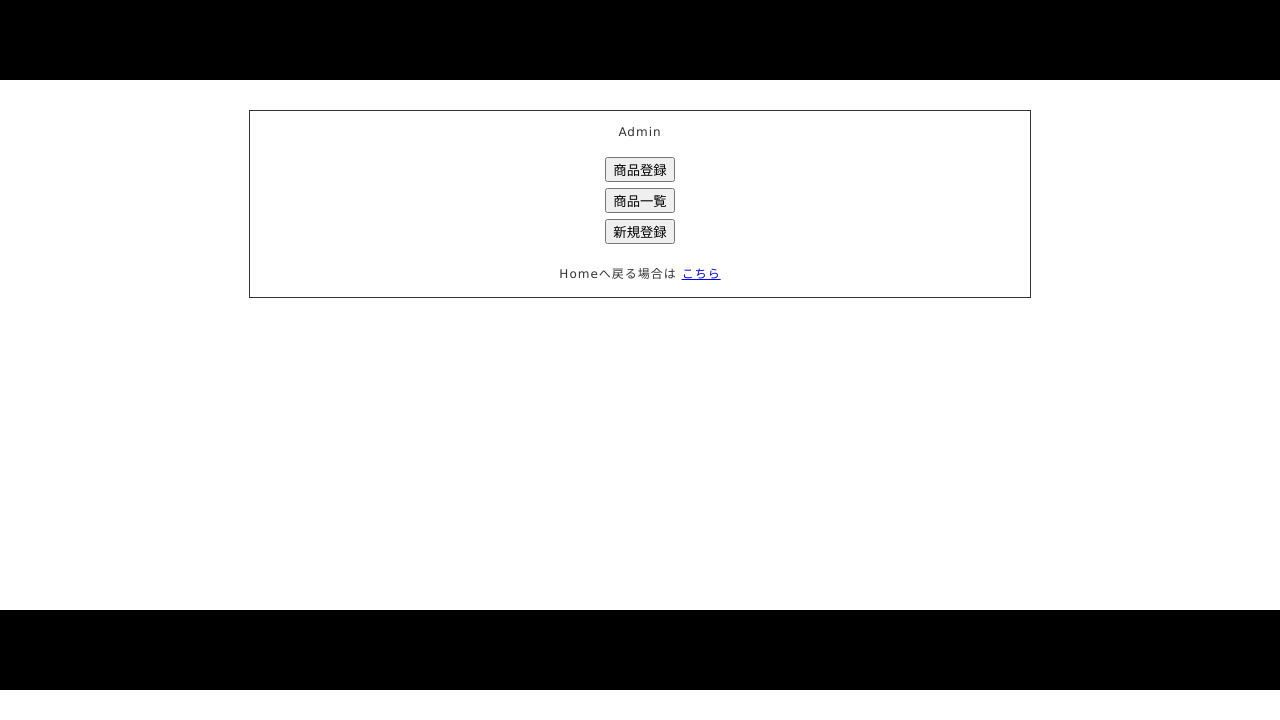
Repository: user-yo-yo/test
Page: http://localhost/ecsite/AdminAction.action
These files come from the project's save history. The page is drawn as it stood at one moment and after the next save; the edit follows.
The browser window is 1280 px wide. The pictures show the whole page.
The page is served by Tomcat 9. Other server files are loaded and not shown.

Above is the page before, as saved 2019-03-14 04:44:41.

### ecsite/WebContent/admin.jsp
<%@ page language="java" contentType="text/html; charset=UTF-8"
    pageEncoding="UTF-8"%>
<%@ taglib prefix="s" uri="/struts-tags"%>
<!DOCTYPE html>
<html>
<head>
<meta http-equiv="Content-Type" content="text/html; charset=UTF-8" />
<meta http-equiv="Content-Style-Type" content="text/css" />
<meta http-equiv="Content-Script-Type" content="text/javascript" />
<meta http-equiv="imagetoolbar" content="no" />
<meta name="description" content="" />
<meta name="keywords" content="" />
<title>Home画面</title>

<style type="text/css">
/* ========TAG LAYOUT======== */
body{
	margin:0;
	padding:0;
	line-height:1.6;
	letter-spacing:1px;
	font-family:Verdana,Helvetica,sans-serif;
	font-size:12px;
	color:#333;
	background:#fff;
}

table{
	text-align:center;
	margin:0 auto;
}

/* ========ID LAYOUT======== */
#top{
	width:780px;
	margin:30px auto;
	border:1px solid #333;
}

#header{
	width:100%;
	height:80px;
	background-color:black;
}

#main{
	width:100%;
	height:500px;
	text-align:center;
}

#footer{
	width:100%;
	height:80px;
	background-color:black;
	clear:both;
}

#text-center{
	display:inline-block;
	text-align:center;
}

</style>

</head>
<body>
	<div id="header">
		<div id="pr">
		</div>
	</div>
	<div id="main">
		<div id="top">
			<p>Admin</p>
			<div id="text-center">
			<s:form action="ItemCreateAction">
				<s:submit value="商品登録" />
			</s:form>
			<s:form action="ItemListAction">
				<s:submit value="商品一覧" />
			</s:form>
			<s:form action="UserCreateAction">
				<s:submit value="新規登録" />
			</s:form>
			</div>
			<div id="text-link">
				<p>Homeへ戻る場合は
					<a href='<s:url action="GoHomeAction" />'>こちら</a>
				</p>
			</div>
		</div>
	</div>
	<div id="footer">
		<div id="pr">
		</div>
	</div>

</body>
</html>

After the next save:
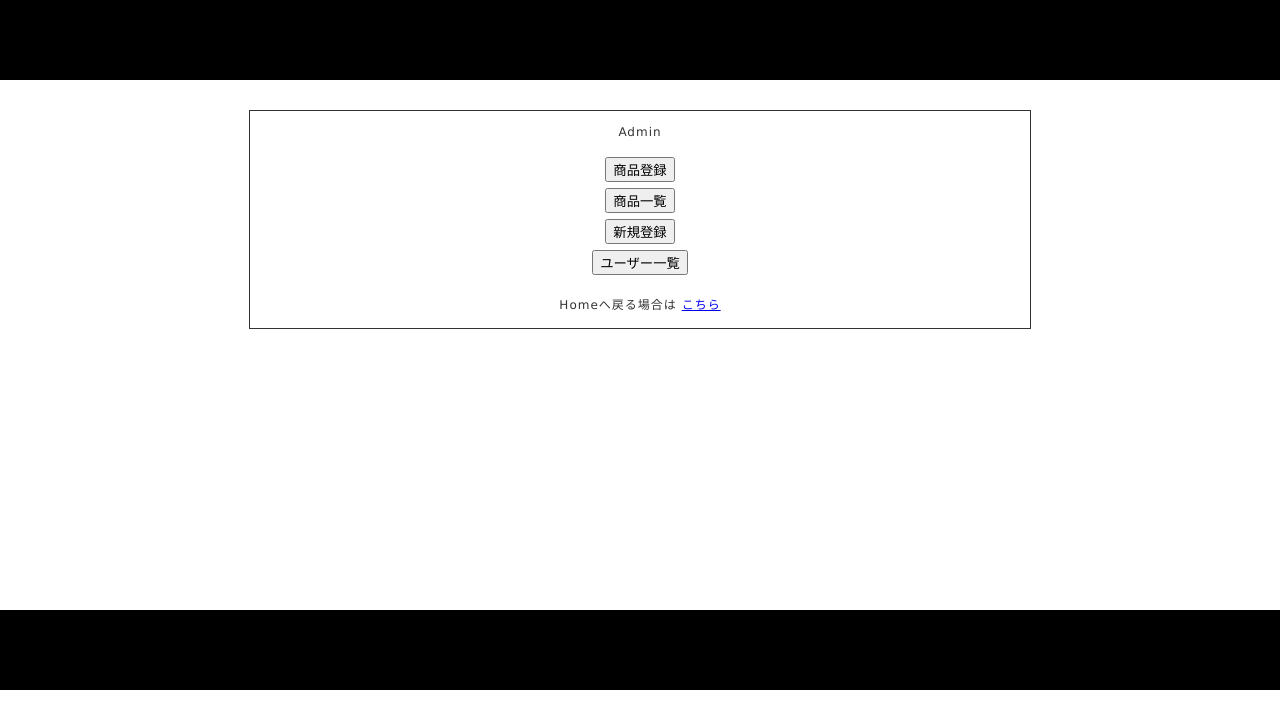
Saved 13 min 55 s later.
--- a/ecsite/WebContent/admin.jsp
+++ b/ecsite/WebContent/admin.jsp
@@ -82,6 +82,9 @@
 			<s:form action="UserCreateAction">
 				<s:submit value="新規登録" />
 			</s:form>
+			<s:form action="UserListAction">
+				<s:submit value="ユーザー一覧" />
+			</s:form>
 			</div>
 			<div id="text-link">
 				<p>Homeへ戻る場合は
